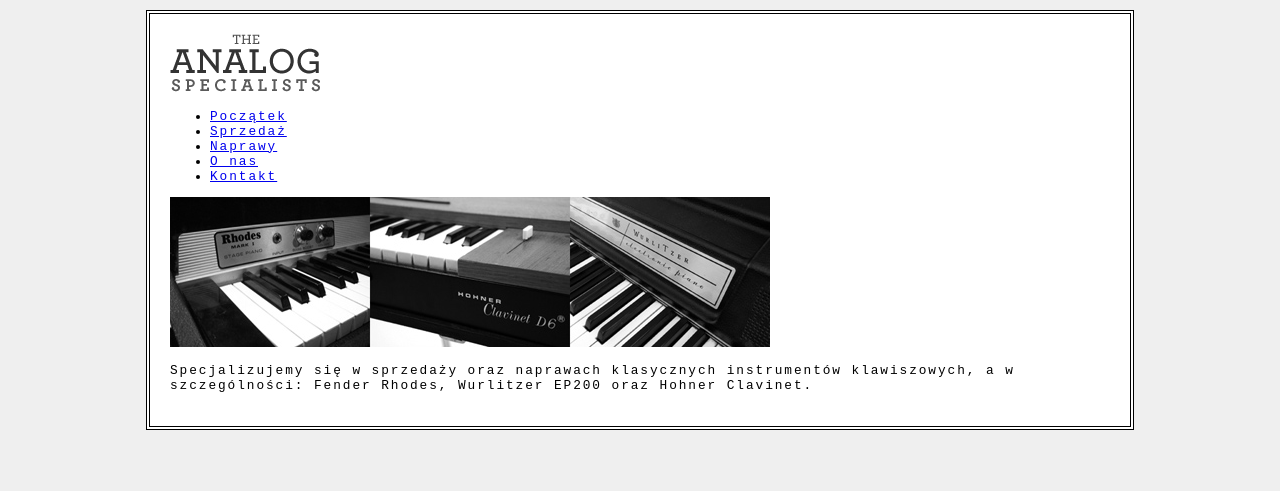
Repository: Lenerystia/HTML
Page: Rozdział 13/example.html
These files come from the project's save history. The page is drawn as it stood at one moment and after the next save; the edit follows.
The browser window is 1280 px wide. The pictures show the whole page.

Above is the page before, as saved 2022-04-21 18:08:26.

### Rozdział 13/example.html
<!DOCTYPE html>
<html>
    <head>
        <meta http-equiv="content-type" content="text/html" charset="UTF-8">
        <title>Pudełka elementów</title>
        <link rel="stylesheet" type="text/css" href="css/example.css">
    </head>
    <body>
        <div id="page">
        <div id="logo">
            <img src="css/images/logo.gif" alt="Analogowi specjaliści">
        </div>
            <ul id="navigation">
                <li><a href="#" class="on">Początek</a></li>
                <li><a href="#">Sprzedaż</a></li>
                <li><a href="#">Naprawy</a></li>
                <li><a href="#">O nas</a></li>
                <li><a href="#">Kontakt</a></li>
            </ul>
            <p>
                <img src="css/images/keys.jpg" alt="Fender Rhodes, Hohner Clavinet oraz Wurlitzer EP200">
            </p>
            <p>
                Specjalizujemy się w sprzedaży oraz naprawach klasycznych instrumentów klawiszowych, a w szczególności: Fender Rhodes, Wurlitzer EP200 oraz Hohner Clavinet.
            </p>
        </div>
    </body>
</html>

### Rozdział 13/css/example.css
body{
    font-size: 80%;
    font-family: 'Courier New', Courier, monospace;
    letter-spacing: 0.15em;
    background-color: #efefef;
}
#page{
    max-width: 940px;
    min-width: 720px;
    margin: 10px auto 10px auto;
    padding: 20px;
    border: 4px double #000;
    background-color: #fff;
}

After the next save:
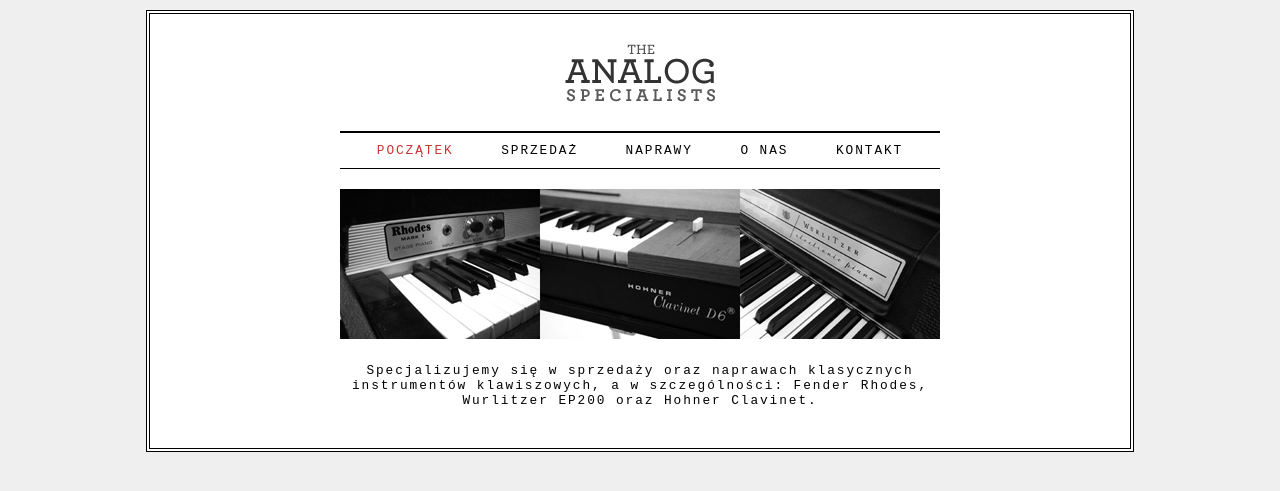
Saved 7 min 5 s later.
--- a/Rozdział 13/css/example.css
+++ b/Rozdział 13/css/example.css
@@ -12,3 +12,35 @@
     border: 4px double #000;
     background-color: #fff;
 }
+#logo{
+    width: 150px;
+    margin: 10px auto 25px auto;
+}
+ul{
+    width: 580px;
+    padding: 10px;
+    margin: 0px auto 0px auto;
+    border-top: 2px solid #000;
+    border-bottom: 1px solid #000;
+    text-align: center;
+}
+li{
+    display: inline;
+    margin: 0px 1px;
+}
+p{
+    text-align: center;
+    width: 600px;
+    margin: 20px auto 20px auto;
+    font-weight: normal;
+}
+a{
+     color: #000;
+     text-transform: uppercase;
+     text-decoration: none;
+     padding: 6px 18px 5px 18px;
+}
+a:hover, a.on{
+    color: #c33;
+    background-color: #fff;
+}
